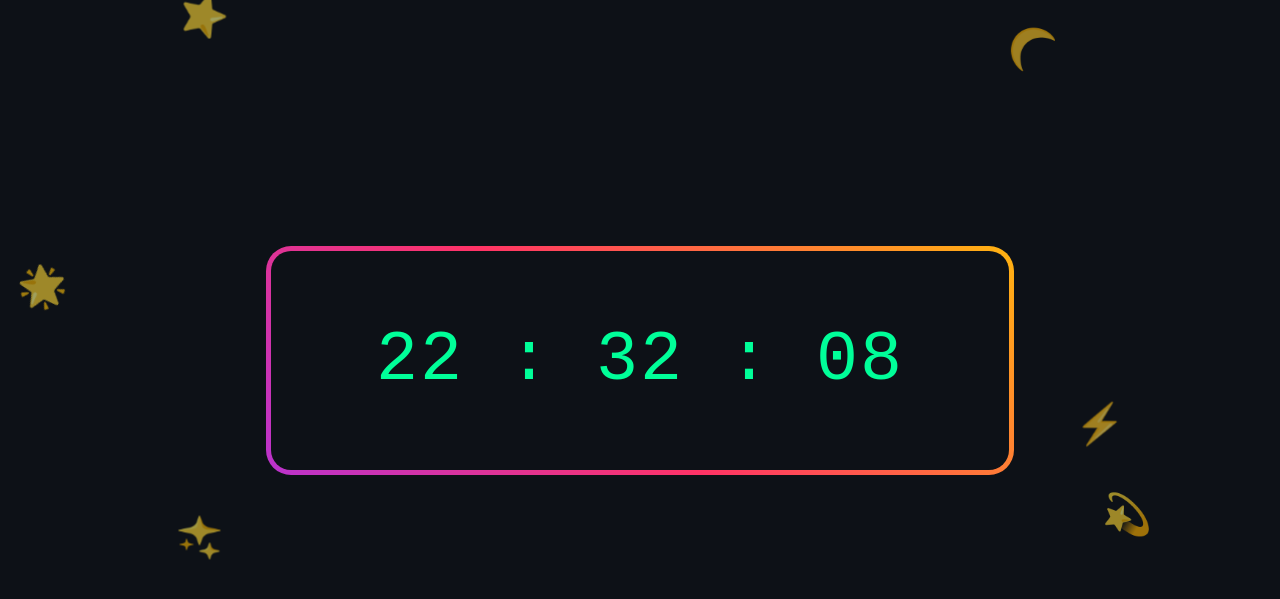
Repository: trunghau06/baiTapJs
Page: index.html
The author's editor kept a copy of each file at every save. The page is drawn from the files as they stood at one save, then again after the next save.
The browser window is 1280 px wide. The pictures show the whole page.

Above is the page before, as saved 2025-10-20 23:08:23.

After the next save:
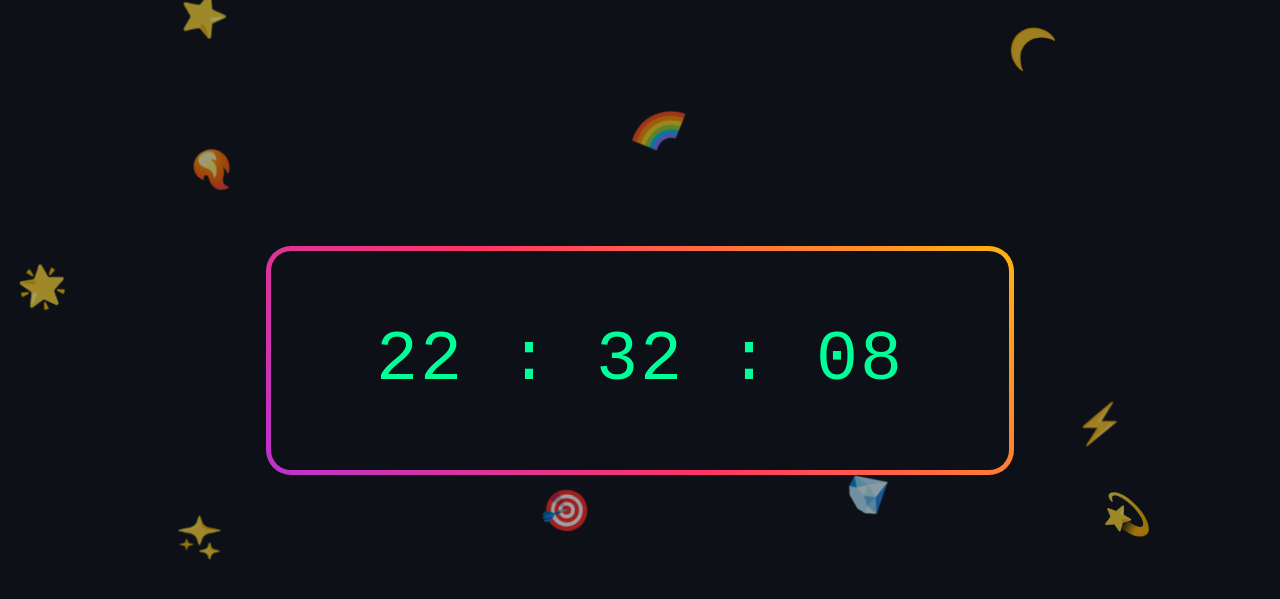
Saved 10 s later.
--- a/index.html
+++ b/index.html
@@ -13,6 +13,11 @@
     <div class="floating-icon icon-4">💫</div>
     <div class="floating-icon icon-5">🌟</div>
     <div class="floating-icon icon-6">⚡</div>
+    <div class="floating-icon icon-7">🔥</div>
+    <div class="floating-icon icon-8">💎</div>
+    <div class="floating-icon icon-9">🌈</div>
+    <div class="floating-icon icon-10">🎯</div>
+    <div class="floating-icon icon-11">🚀</div>
 
     <div class="border-wrapper">
         <div class="showThoiGian">
